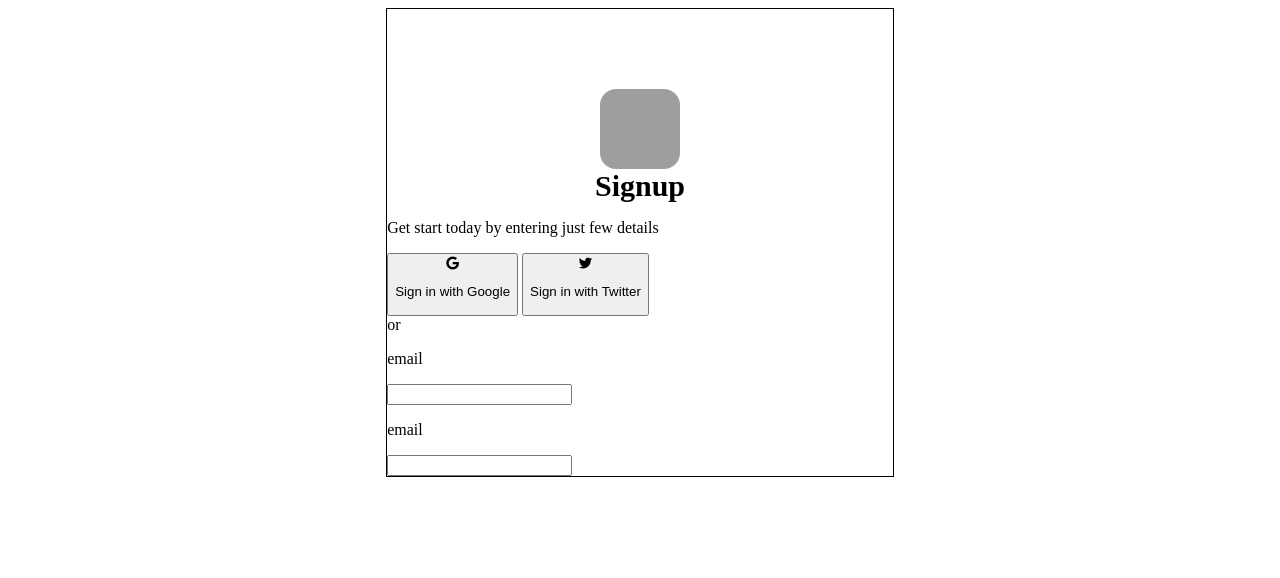
Repository: tungts3qb/Javascript
Page: sign-up/signup.html
These files come from the project's save history. The page is drawn as it stood at one moment and after a run of saves; the edit follows.
The browser window is 1280 px wide. The pictures show the whole page.
Pictures or frames that could not be fetched are drawn as grey boxes.

Above is the page before, as saved 2022-12-26 21:56:13.

### sign-up/signup.html
<!DOCTYPE html>
<html lang="en">
  <head>
    <meta charset="UTF-8" />
    <meta http-equiv="X-UA-Compatible" content="IE=edge" />
    <meta name="viewport" content="width=device-width, initial-scale=1.0" />
    <link
      rel="stylesheet"
      href="https://cdnjs.cloudflare.com/ajax/libs/font-awesome/6.2.1/css/all.min.css"
      integrity="sha512-MV7K8+y+gLIBoVD59lQIYicR65iaqukzvf/nwasF0nqhPay5w/9lJmVM2hMDcnK1OnMGCdVK+iQrJ7lzPJQd1w=="
      crossorigin="anonymous"
      referrerpolicy="no-referrer"
    />
    <link rel="stylesheet" href="sign-up.css" />
    <title>Sign up</title>
  </head>
  <body>
    <div class="sign-up-form">
      <div class="sign-up-icon">
        <img
          src="https://images.unsplash.com/photo-1672037253340-1b8b99e8dceb?ixlib=rb-4.0.3&ixid=MnwxMjA3fDB8MHxwaG90by1wYWdlfHx8fGVufDB8fHx8&auto=format&fit=crop&w=387&q=80"
          alt="avatar"
          class="sign-up-logo"
        />
      </div>
      <h3 class="sign-up-title">Signup</h3>
      <p>Get start today by entering just few details</p>
      <button class="sign-up-google">
        <i class="fa-brands fa-google"></i>
        <p>Sign in with Google</p>
      </button>
      <button class="sign-up-twitter">
        <i class="fa-brands fa-twitter"></i>
        <p>Sign in with Twitter</p>
      </button>
      <div>or</div>
      <form action="">
        <p class="sign-up-email">email</p>
        <input type="email" name="" id="" class="input_email" />
        <p class="sign-up-password">email</p>
        <input type="password" name="" id="" class="input_password" />
      </form>
    </div>
  </body>
</html>

### sign-up/sign-up.css
.sign-up-form {
  width: 40%;
  height: auto;
  border: 1px solid black;
  margin: 0 auto;
}

.sign-up-icon img {
  width: 5rem;
  height: 5rem;
  border-radius: 1rem;
  object-fit: cover;
  margin-top: 5rem;
}

.sign-up-icon {
  display: flex;
  align-items: center;
  justify-content: center;
}

.sign-up-title {
  text-align: center;
  font-size: 30px;
  margin: 0;
}

After the next 2 saves:
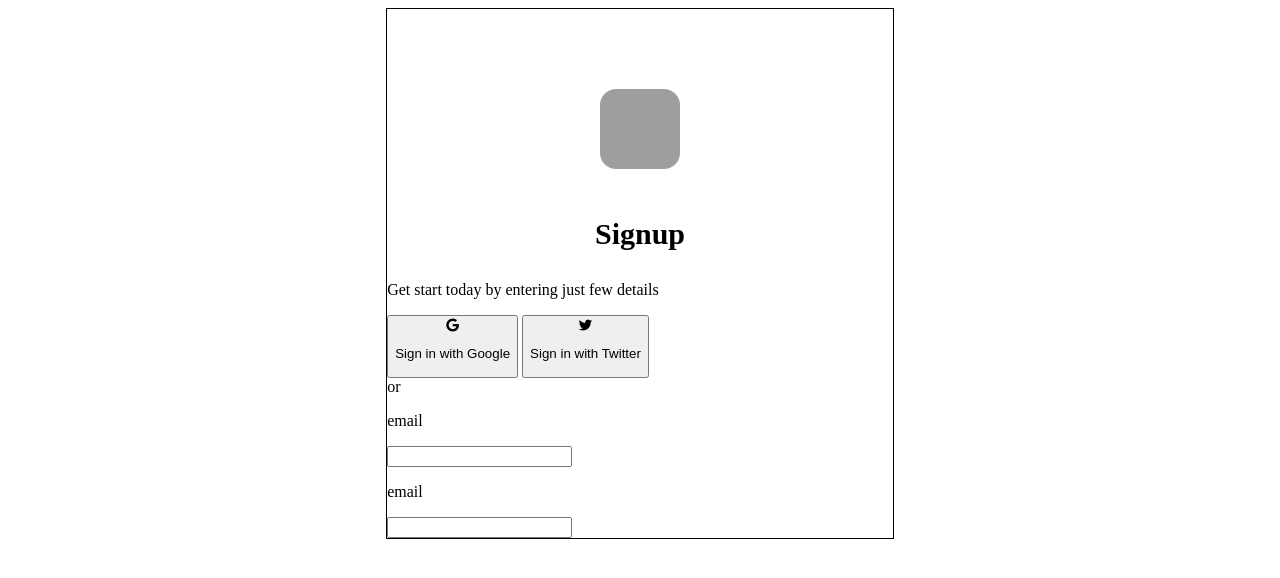
The 2 saves are shown as one change because they came seconds apart.
The last was saved 22 s later.
--- a/sign-up/sign-up.css
+++ b/sign-up/sign-up.css
@@ -22,5 +22,5 @@
 .sign-up-title {
   text-align: center;
   font-size: 30px;
-  margin: 0;
+  margin-top: 3rem;
 }
